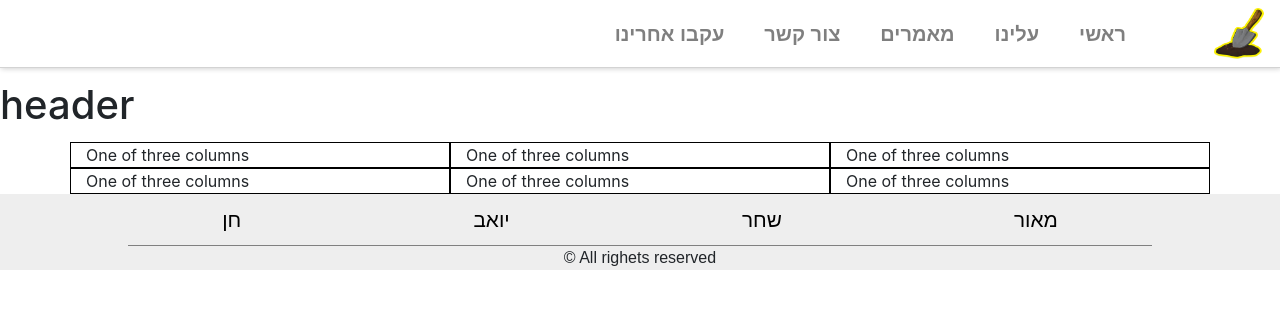
Repository: yoavBenZion/Blog-Zubi
Page: articlesPage.html
These files come from the project's save history. The page is drawn as it stood at one moment and after the next save; the edit follows.
The browser window is 1280 px wide. The pictures show the whole page.
Some web fonts or font styles are not loaded; a fallback is used. Some web libraries are served in a nearby version.

Above is the page before, as saved 2017-10-26 11:29:17.

### articlesPage.html
<!DOCTYPE html>
<html lang="he">

<head>
    <meta charset="UTF-8">
    <meta name="viewport" content="width=device-width, initial-scale=1,user-scalable=no;">
    <title>החופרים</title>
    <link rel="stylesheet" href="https://maxcdn.bootstrapcdn.com/bootstrap/4.0.0-beta/css/bootstrap.min.css" integrity="sha384-/Y6pD6FV/Vv2HJnA6t+vslU6fwYXjCFtcEpHbNJ0lyAFsXTsjBbfaDjzALeQsN6M"
        crossorigin="anonymous">
    <link rel="stylesheet" href="https://maxcdn.bootstrapcdn.com/bootstrap/4.0.0-beta.2/css/bootstrap.min.css" integrity="sha384-PsH8R72JQ3SOdhVi3uxftmaW6Vc51MKb0q5P2rRUpPvrszuE4W1povHYgTpBfshb"
        crossorigin="anonymous">

    <script src="https://code.jquery.com/jquery-3.2.1.slim.min.js" integrity="sha384-KJ3o2DKtIkvYIK3UENzmM7KCkRr/rE9/Qpg6aAZGJwFDMVNA/GpGFF93hXpG5KkN"
        crossorigin="anonymous"></script>
    <script src="https://cdnjs.cloudflare.com/ajax/libs/popper.js/1.12.3/umd/popper.min.js" integrity="sha384-vFJXuSJphROIrBnz7yo7oB41mKfc8JzQZiCq4NCceLEaO4IHwicKwpJf9c9IpFgh"
        crossorigin="anonymous"></script>
    <script src="https://maxcdn.bootstrapcdn.com/bootstrap/4.0.0-beta.2/js/bootstrap.min.js" integrity="sha384-alpBpkh1PFOepccYVYDB4do5UnbKysX5WZXm3XxPqe5iKTfUKjNkCk9SaVuEZflJ"
        crossorigin="anonymous"></script>
    <link rel="stylesheet" href="css/Gridrispon.css" type="text/css">
    <link rel="stylesheet" href="css/header.css" type="text/css">
    <link rel="stylesheet" href="css/PopupRispon.css">
    <link rel="stylesheet" href="css/footer.css">
    <link rel="stylesheet" type="text/css" href="articlesPage.css">

</head>

<body dir="rtl">
    <header>

        <nav class="navbar navbar-expand-sm navbar-light bg-faded">
            <button class="navbar-toggler" type="button" data-toggle="collapse" data-target="#nav-content" aria-controls="nav-content"
                aria-expanded="false" aria-label="Toggle navigation">
                <span class="navbar-toggler-icon"></span>
            </button>
            <div class="logo">
                <img src="./img/shovel-575661_1280.png">
            </div>
            <!-- Brand -->
            <a class="navbar-brand" href="#"> </a>

            <!-- Links -->
            <div class="collapse navbar-collapse" id="nav-content">
                <ul class="navbar-nav">
                    <li class="nav-item">
                        <a class="nav-link" href="#1">ראשי</a>
                    </li>
                    <li class="nav-item">
                        <a class="nav-link" href="#2">עלינו</a>
                    </li>
                    <li class="nav-item">
                        <a class="nav-link" href="#5">מאמרים</a>
                    </li>
                    <li class="nav-item">
                        <a class="nav-link" href="contact.html">צור קשר</a>
                    </li>
                    <li class="nav-item">
                        <a class="nav-link" href="subscribe.html">עקבו אחרינו</a>
                    </li>
                </ul>

            </div>

        </nav>

    </header>

    <body>
        <h1>header</h1>
        <div class="container">
            <div class="row">
                <div class="col">
                    One of three columns
                </div>
                <div class="col">
                    One of three columns
                </div>
                <div class="col">
                    One of three columns
                </div>
            </div>
            <div class="row">
                <div class="col">
                    One of three columns
                </div>
                <div class="col">
                    One of three columns
                </div>
                <div class="col">
                    One of three columns
                </div>
            </div>
        </div>

        <footer id="footer">
            <ul>
                <li class="box">
                    <a class="button" href="#popup3">
                        מאור
                    </a>
                </li>
                <li class="box">
                    <a class="button" href="#popup2">
                        שחר
                    </a>
                </li>
                <li class="box">
                    <a class="button" href="#popup1">
                        יואב
                    </a>
                </li>
                <li>
                    <a class="button" href="#popup4">
                        חן
                    </a>
                </li>
            </ul>
            </div>
            <!--yoav popup-->
            <div id="popup1" class="overlay">
                <div class="popup">
                    <h2>Yoav Benzion</h2>
                    <a class="close" href="#footer">&times;</a>
                    <div class="content">
                        <div class="footer-social-icons">
                            <img class="avatar" src="img/yoav.jfif">
                            <p>front end web developer</p>
                            <h4 class="_14">Follow me on:</h4>
                            <ul class="social-icons">
                                <li>
                                    <a href="https://www.facebook.com/yoav.benzion.5" target="_blank" class="social-icon">
                                        <i class="fa fa-facebook"></i>
                                    </a>
                                </li>
                                <li>
                                    <a href="https://twitter.com/Yoav_BenZion" target="_blank" class="social-icon">
                                        <i class="fa fa-twitter"></i>
                                    </a>
                                </li>
                                <li>
                                    <a href="https://github.com/yoavBenZion" target="_blank" class="social-icon">
                                        <i class="fa fa-github"></i>
                                    </a>
                                </li>
                                <li>
                                    <a href="https://codepen.io/yoavBZ/" target="_blank" class="social-icon">
                                        <i class="fa fa-codepen"></i>
                                    </a>
                                </li>
                                <li>
                                    <a href="https://www.linkedin.com/in/yoav-benzion-45818360/" target="_blank" class="social-icon">
                                        <i class="fa fa-linkedin"></i>
                                    </a>
                                </li>
                                <li>
                                    <a href="https://stackoverflow.com/users/8386160/yoav-b" target="_blank" class="social-icon">
                                        <i class="fa fa-stack-overflow"></i>
                                    </a>
                                </li>
                            </ul>
                        </div>
                    </div>
                </div>
            </div>
            <!--Shachar popup-->
            <div id="popup2" class="overlay">
                <div class="popup">
                    <h2>Shachar</h2>
                    <a class="close" href="#footer">&times;</a>
                    <div class="content">
                        <div class="footer-social-icons">
                            <img class="avatar" src="img/kid.jpg">
                            <p>front end web developer</p>
                            <h4 class="_14">Follow me on:</h4>
                            <ul class="social-icons">
                                <li>
                                    <a href="" class="social-icon">
                                        <i class="fa fa-facebook"></i>
                                    </a>
                                </li>
                                <li>
                                    <a href="" class="social-icon">
                                        <i class="fa fa-twitter"></i>
                                    </a>
                                </li>
                                <li>
                                    <a href="" class="social-icon">
                                        <i class="fa fa-github"></i>
                                    </a>
                                </li>
                                <li>
                                    <a href="" class="social-icon">
                                        <i class="fa fa-codepen"></i>
                                    </a>
                                </li>
                                <li>
                                    <a href="" class="social-icon">
                                        <i class="fa fa-linkedin"></i>
                                    </a>
                                </li>
                                <li>
                                    <a href="" class="social-icon">
                                        <i class="fa fa-stack-overflow"></i>
                                    </a>
                                </li>
                            </ul>
                        </div>
                    </div>
                </div>
            </div>

            <!--Maor popup-->

            <div id="popup3" class="overlay">
                <div class="popup">
                    <h2>Maor</h2>
                    <a class="close" href="#footer">&times;</a>
                    <div class="content">
                        <div class="footer-social-icons">
                            <img class="avatar" src="img/mona.jpg">
                            <p>front end web developer</p>
                            <h4 class="_14">Follow me on:</h4>
                            <ul class="social-icons">
                                <li>
                                    <a href="" class="social-icon">
                                        <i class="fa fa-facebook"></i>
                                    </a>
                                </li>
                                <li>
                                    <a href="" class="social-icon">
                                        <i class="fa fa-twitter"></i>
                                    </a>
                                </li>
                                <li>
                                    <a href="" class="social-icon">
                                        <i class="fa fa-github"></i>
                                    </a>
                                </li>
                                <li>
                                    <a href="" class="social-icon">
                                        <i class="fa fa-codepen"></i>
                                    </a>
                                </li>
                                <li>
                                    <a href="" class="social-icon">
                                        <i class="fa fa-linkedin"></i>
                                    </a>
                                </li>
                                <li>
                                    <a href="" class="social-icon">
                                        <i class="fa fa-stack-overflow"></i>
                                    </a>
                                </li>
                            </ul>
                        </div>
                    </div>
                </div>
            </div>

            <!--Chen popup-->
            <div id="popup4" class="overlay">
                <div class="popup">
                    <h2>Chen Ginsberg</h2>
                    <a class="close" href="#footer">&times;</a>
                    <div class="content">
                        <!--          <div class="footer-social-icons">-->
                        <img class="avatar" src="img/MINER.jpg">
                        <p>front end web developer</p>
                        <h4 class="_14">Follow me on:</h4>
                        <ul class="social-icons">
                            <li>
                                <a href="https://www.facebook.com/chenogi" class="social-icon">
                                    <i class="fa fa-facebook"></i>
                                </a>
                            </li>
                            <li>
                                <a href="https://github.com/ChenGinsberg?" class="social-icon">
                                    <i class="fa fa-github"></i>
                                </a>
                            </li>
                            <li>
                                <a href="https://www.linkedin.com/in/chen-ginsberg-8829a713b/" class="social-icon">
                                    <i class="fa fa-linkedin"></i>
                                </a>
                            </li>
                            <li>
                                <a href="https://stackoverflow.com/users/8377318/chen-ginsberg" class="social-icon">
                                    <i class="fa fa-stack-overflow"></i>
                                </a>
                            </li>
                        </ul>
                    </div>
                </div>
            </div>



            <div class="footer-bottem" dir="ltr">&copy; All righets reserved </div>
        </footer>
        <script src="https://code.jquery.com/jquery-3.2.1.slim.min.js" integrity="sha384-KJ3o2DKtIkvYIK3UENzmM7KCkRr/rE9/Qpg6aAZGJwFDMVNA/GpGFF93hXpG5KkN"
            crossorigin="anonymous"></script>
        <script src="https://cdnjs.cloudflare.com/ajax/libs/popper.js/1.11.0/umd/popper.min.js" integrity="sha384-b/U6ypiBEHpOf/4+1nzFpr53nxSS+GLCkfwBdFNTxtclqqenISfwAzpKaMNFNmj4"
            crossorigin="anonymous"></script>
        <script src="https://maxcdn.bootstrapcdn.com/bootstrap/4.0.0-beta/js/bootstrap.min.js" integrity="sha384-h0AbiXch4ZDo7tp9hKZ4TsHbi047NrKGLO3SEJAg45jXxnGIfYzk4Si90RDIqNm1"
            crossorigin="anonymous"></script>
    </body>

</html>

### css/footer.css
@import url(http://fonts.googleapis.com/earlyaccess/alefhebrew.css);
footer {
  background-color: #eee;
  text-align: center;
  font-family: "Alef Hebrew", sans-serif;
  font-size: 1.3rem;
}

footer ul {
  display: flex;
  flex-direction: row;
  padding-right: 0;
  justify-content: space-evenly;
}

footer ul>li {
  list-style: none;
  padding: 10px;
  /*  background-color: #29C3FF;*/
}

footer ul>li:nth-child(odd) {
  color: #93A2A8;
}

footer ul>li:nth-child(even) {
  color: #E2DDE7;
}

footer ul>li:hover {
  background-color: #fff;
  /*  flex: 1;*/
  /*  font-size: 1.5rem;*/
  color: #E2DD11;
  /*  background-repeat: no-repeat;*/
}


/*
footer ul {
  display: grid;
  grid-template-columns: repeat(4, 1fr);
  grid-auto-rows:minmax(50px, auto);
  margin-right: -40px;
 grid-gap: 0.5em;
}
*/

.about,
.footer-bottem {
  text-align: center;
  width: 80%;
  margin: 0 auto;
}

.about {
  border-bottom: 1px dotted black;
}

.footer-bottem {
  border-top: 0.5px solid grey;
  font-size: 1rem;
}

### css/articlesPage.css
/* Grid */

.col {
    height: 15%;
    width: 15%;
    border: 1px solid black;
}

Loaded but not shown: css/PopupRispon.css (986 lines, source omitted); css/Gridrispon.css (977 lines, source omitted); css/header.css (no stored copy; drawn as an empty file)

After the next save:
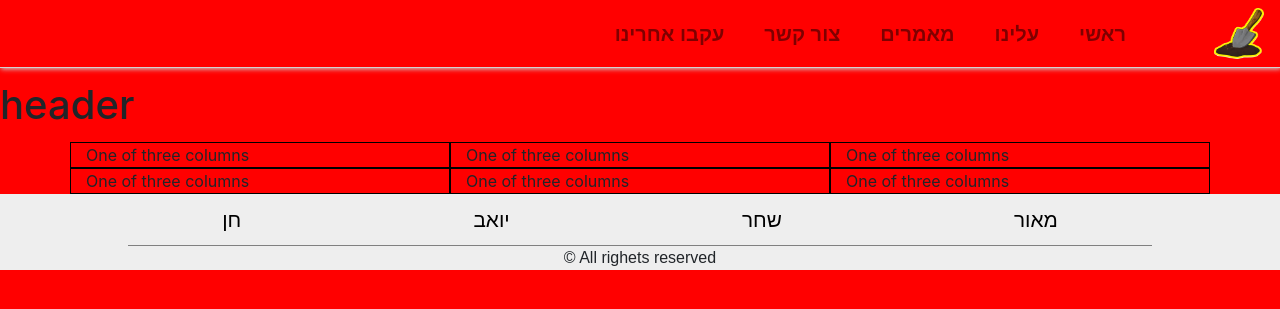
Saved 18 s later.
--- a/css/articlesPage.css
+++ b/css/articlesPage.css
@@ -1,4 +1,8 @@
 /* Grid */
+
+body {
+    background-color: red;
+}
 
 .col {
     height: 15%;
